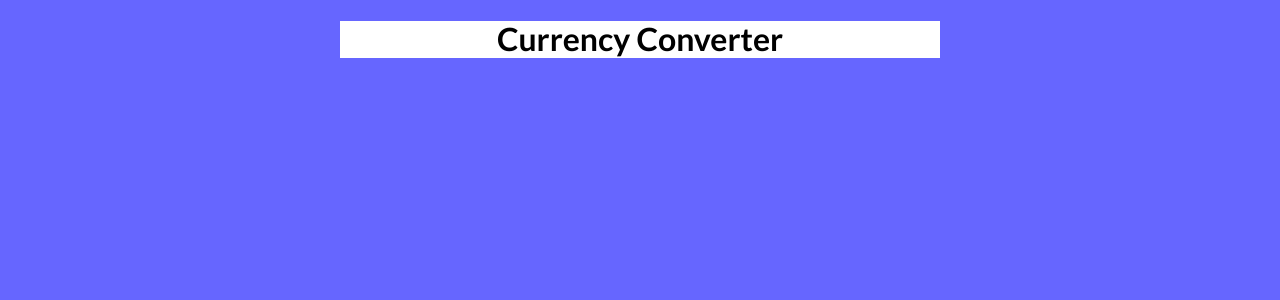
Repository: kkasperczyk/currency-converter
Page: index.html
The author's editor kept a copy of each file at every save. The page is drawn from the files as they stood at one save, then again after a run of saves.
The browser window is 1280 px wide. The pictures show the whole page.

Above is the page before, as saved 2020-06-15 21:56:28.

After the next 2 saves:
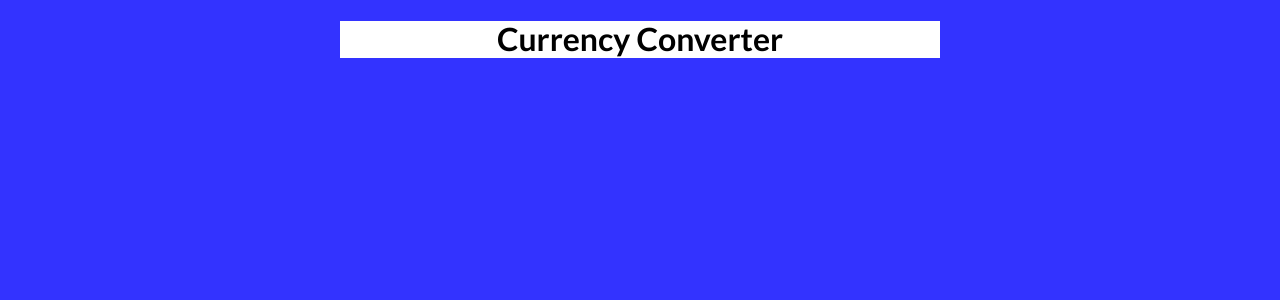
The 2 saves are shown as one change because they came seconds apart.
The last was saved 5 s later.
--- a/css/global.css
+++ b/css/global.css
@@ -10,5 +10,5 @@ html {
 
 body {
   font-family: "Lato", sans-serif;
-  background-color: hsl(240, 100%, 70%);
+  background-color: hsl(240, 100%, 60%);
 }
